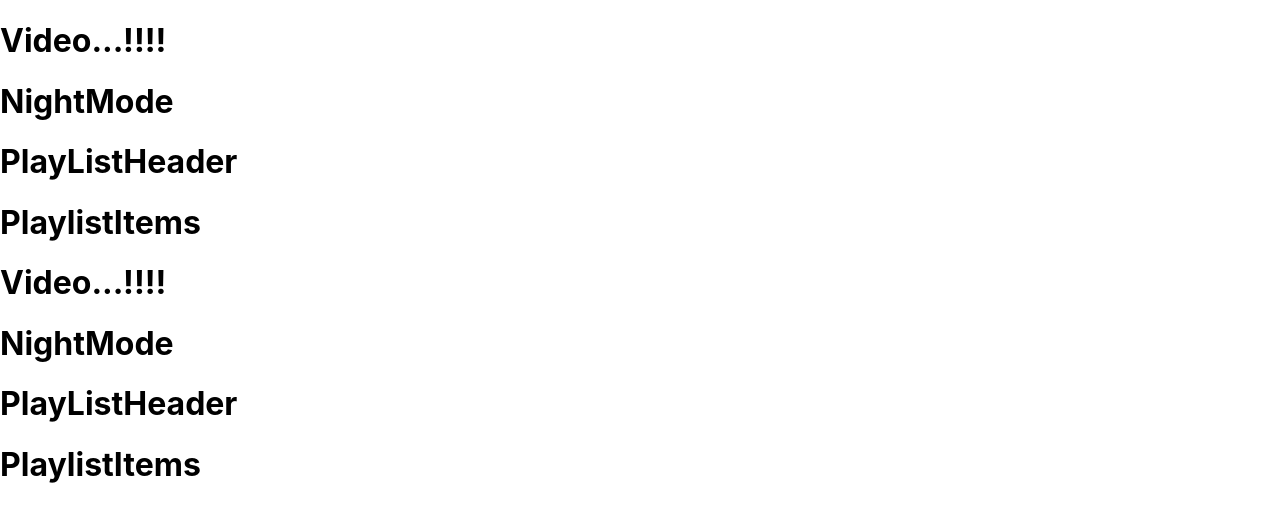
Repository: Prafullkuma/Videos
Page: /
These files come from the project's save history. The page is drawn as it stood at one moment and after the next save; the edit follows.
The browser window is 1280 px wide. The pictures show the whole page.
The project was rebuilt for these pictures with package versions that can differ from the ones it lists, and the page was loaded fresh each time. A package was used in the major version that the imports need, not the one package.json lists.

Above is the page before, as saved 2020-10-01 10:03:24.

### src/index.js
import React from 'react';
import ReactDOM from 'react-dom';
import './index.css';
import App from './Components/Component/App';

ReactDOM.render(
  <React.StrictMode>
    <App />
  </React.StrictMode>,
  document.getElementById('root')
);

### src/Components/Component/App.js
import React from 'react';
import Wbnplayer from '../Component/Wbnplayer'
import { BrowserRouter as Router, Switch, Route } from 'react-router-dom'
function App() {
  return (
    <div className="App">
      <Router>
        <Switch>
          <Route exact path="/" component={Wbnplayer} />
          <Route exact path="/:activeVideo" component={Wbnplayer} />
        </Switch>
      </Router>
      <Wbnplayer />
    </div>
  );
}

export default App;

### src/Components/Component/Wbnplayer.js
import React from 'react'
import Video from '../Styles/Video'
import PlayList from './PlayList'
const Wbnplayer = (props) => {
    return (
        <div>
            <Video />
            <PlayList />
        </div>
    )
}

export default Wbnplayer

### src/Components/Styles/Video.js
import React from 'react'
import ReactPlayer from 'react-player'
export const Video = (props) => {
    return (
        <div>
            <h1>Video...!!!!</h1>
        </div>
    )
}
export default Video

### src/Components/Component/PlayList.js
import React from 'react'
import PlayListHeader from '../Styles/PlaylistHeader'
import PlayListItems from '../Styles/PlaylistItems'
import NightMode from '../Styles/NightMode'
const PlayList = props => {
    return (
        <div>
            <NightMode />
            <PlayListHeader />
            <PlayListItems />
        </div>
    )
}

export default PlayList

### src/Components/Styles/PlaylistHeader.js
import React from 'react'

function PlaylistHeader() {
    return (
        <div>
            <h1>PlayListHeader</h1>
        </div>
    )
}

export default PlaylistHeader

### src/Components/Styles/PlaylistItems.js
import React from 'react'

function PlaylistItems() {
    return (
        <div>
            <h1>PlaylistItems</h1>
        </div>
    )
}

export default PlaylistItems

### src/Components/Styles/NightMode.js
import React from 'react'

function NightMode() {
    return (
        <div>
            <h1>NightMode</h1>
        </div>
    )
}

export default NightMode

Loaded but not shown: public/index.html (common file); src/index.css (common file)

After the next save:
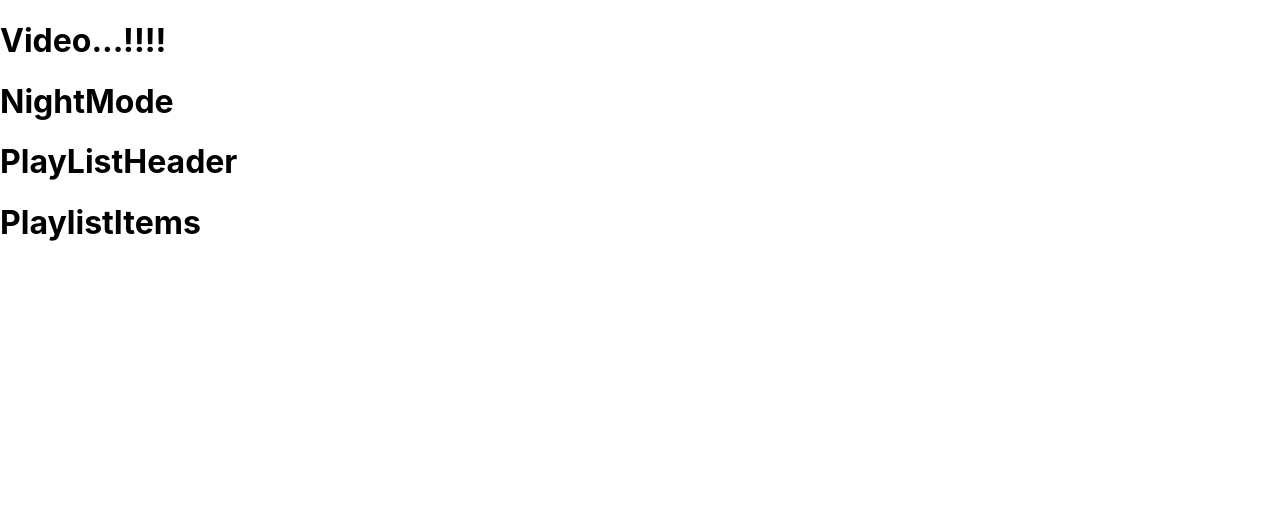
Saved 16 s later.
--- a/src/Components/Component/App.js
+++ b/src/Components/Component/App.js
@@ -10,7 +10,6 @@ function App() {
           <Route exact path="/:activeVideo" component={Wbnplayer} />
         </Switch>
       </Router>
-      <Wbnplayer />
     </div>
   );
 }
